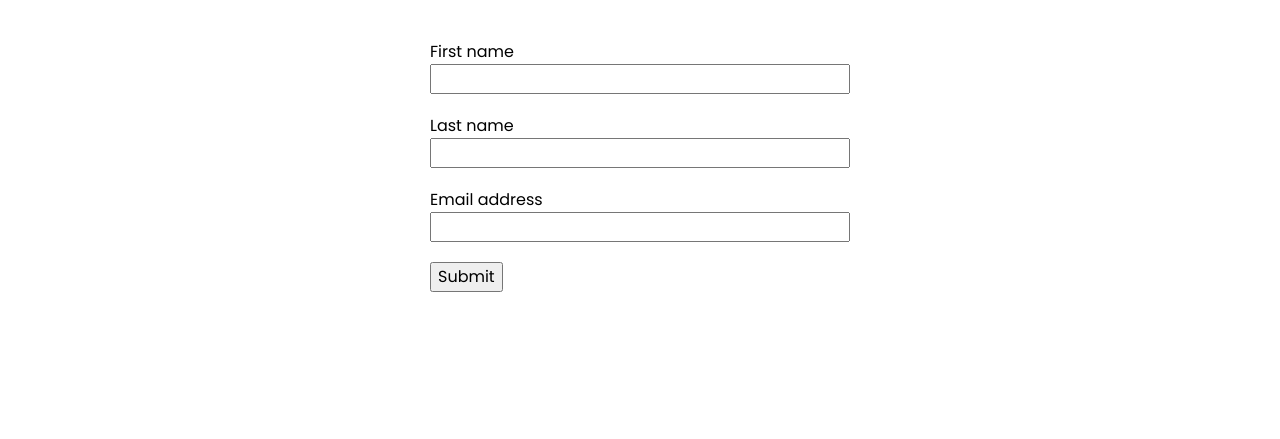
Repository: hoang0508/ReactJsDevWork
Page: /
These files come from the project's save history. The page is drawn as it stood at one moment and after the next save; the edit follows.
The browser window is 1280 px wide. The pictures show the whole page.
The project was rebuilt for these pictures with package versions that can differ from the ones it lists, and the page was loaded fresh each time.

Above is the page before, as saved 2022-02-13 14:53:44.

### src/index.scss
body {
  margin: 0;
  font-family: "Poppins", sans-serif;
  font-size: 16px;
  -webkit-font-smoothing: antialiased;
  -moz-osx-font-smoothing: grayscale;
}

code {
  font-family: source-code-pro, Menlo, Monaco, Consolas, "Courier New",
    monospace;
}

### src/App.js
import "./App.scss";
import Form from "./components/Form/Form";
// import YoutubeSearch from "./components/YTBSearch/YoutubeSearch";
// import Product from "./components/Product/Product";
// import Button from "./components/Button/Button";
// import Food from "./components/FoodApi/Food";

function App() {
  return (
    <>
      {/* <div>Hello</div> */}
      {/* <Food /> */}
      {/* <Button /> */}
      {/* <Product /> */}
      {/* <YoutubeSearch /> */}
      <Form />
    </>
  );
}

export default App;

### src/App.scss
@import url("https://fonts.googleapis.com/css2?family=Poppins:ital,wght@0,300;0,400;0,500;0,600;0,700;1,600&family=Red+Hat+Display:wght@300;400;500;600;700&display=swap");
*,
*::before,
*::after {
  box-sizing: border-box;
}
body,
h1,
h2,
h3,
h4,
h5,
h6,
p,
figure,
picture {
  margin: 0;
}
body {
  min-height: 100vh;
  line-height: 1.5;
}
input,
button,
select,
textarea {
  font: inherit;
}
img,
picture {
  display: block;
  max-width: 100%;
}
/* remove animation for people who've turned them off */
@media (prefers-reduced-motion: reduce) {
  *,
  *::before,
  *::after {
    animation-duration: 0.01ms !important;
    animation-iteration-count: 1 !important;
    transition-duration: 0.01ms !important;
    scroll-behavior: auto !important;
  }
}

// body {
//   background: #eb3349; /* fallback for old browsers */
//   background: -webkit-linear-gradient(
//     to right,
//     #f45c43,
//     #eb3349
//   ); /* Chrome 10-25, Safari 5.1-6 */
//   background: linear-gradient(
//     to right,
//     #f45c43,
//     #eb3349
//   ); /* W3C, IE 10+/ Edge, Firefox 16+, Chrome 26+, Opera 12+, Safari 7+ */
// }

// body {
//   background-color: #181818;
// }

### src/components/Form/Form.js
import React from "react";
import "./Form.scss";
const Form = () => {
  return (
    <form className="form">
      <div className="form-group">
        <label htmlFor="firstName" className="form-label">
          First name
        </label>
        <input
          className="form-input"
          type="text"
          name="firstName"
          id="firstName"
        />
      </div>
      <div className="form-group">
        <label htmlFor="lastName" className="form-label">
          Last name
        </label>
        <input
          className="form-input"
          type="text"
          name="lastName"
          id="lastName"
        />
      </div>
      <div className="form-group">
        <label htmlFor="email" className="form-label">
          Email address
        </label>
        <input className="form-input" type="email" name="email" id="email" />
      </div>
      <button className="form-btn">Submit</button>
    </form>
  );
};

export default Form;

### src/components/Form/Form.scss
.form {
  padding: 40px;
  max-width: 500px;
  width: 100%;
  margin: 0 auto;
  &-group {
    display: flex;
    flex-direction: column;
    margin-bottom: 20px;
  }
}

Loaded but not shown: public/index.html (common file); src/index.js (common file); src/reportWebVitals.js (common file)

After the next save:
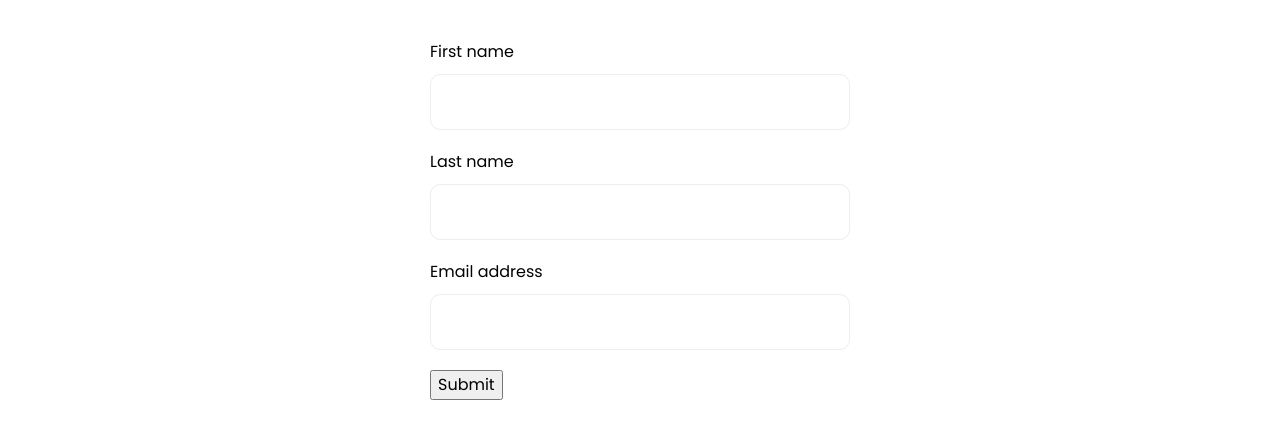
Saved 58 s later.
--- a/src/components/Form/Form.scss
+++ b/src/components/Form/Form.scss
@@ -8,4 +8,13 @@
     flex-direction: column;
     margin-bottom: 20px;
   }
+  &-label {
+    margin-bottom: 10px;
+  }
+  &-input {
+    padding: 15px;
+    border: 1px solid #eee;
+    border-radius: 10px;
+    outline: none;
+  }
 }
